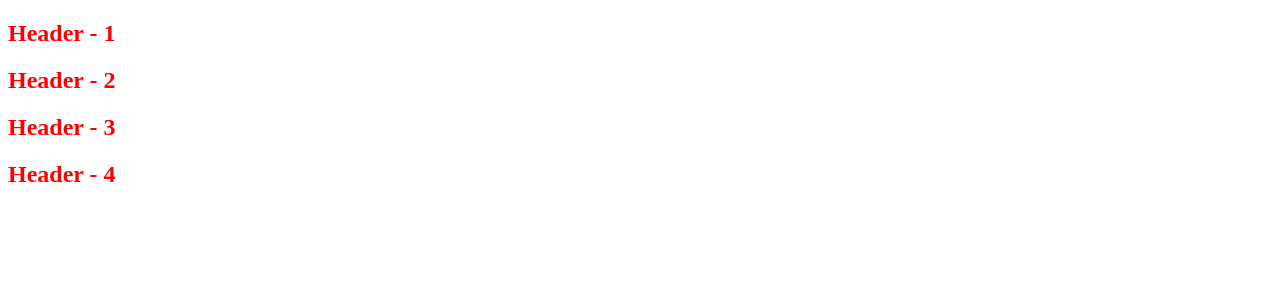
Repository: popconnect/jQuery
Page: http://localhost/jqueryEx01/jquery03.jsp
These files come from the project's save history. The page is drawn as it stood at one moment and after the next save; the edit follows.
The browser window is 1280 px wide. The pictures show the whole page.
The page is served by Tomcat 9.

Above is the page before, as saved 2023-05-15 05:55:24.

After the next save:
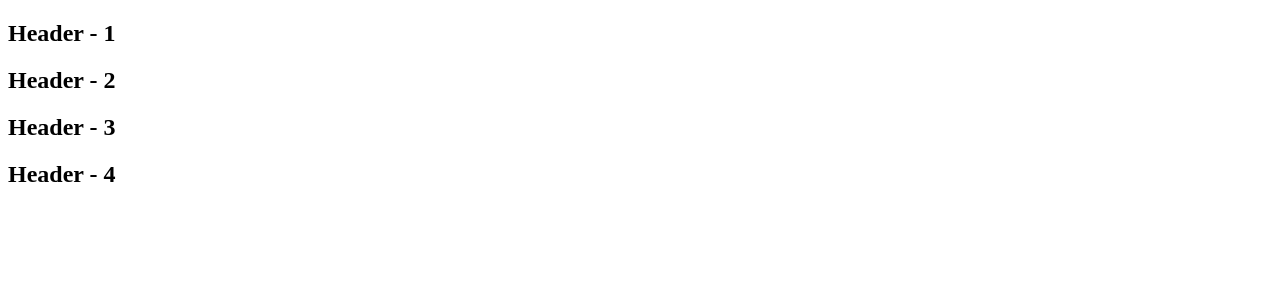
Console error: SyntaxError: missing ) after argument list
Saved 65 s later.
--- a/jqueryEx01/src/main/webapp/jquery03.jsp
+++ b/jqueryEx01/src/main/webapp/jquery03.jsp
@@ -13,7 +13,10 @@
 });
 
 $(document).ready(function() {
-	$("*").css('color', 'red');
+	//$("*").css('color', 'red');
+	$("*").css({
+		color: 'blue'
+	}});
 });
 </script>
 </head>

After the save that followed:
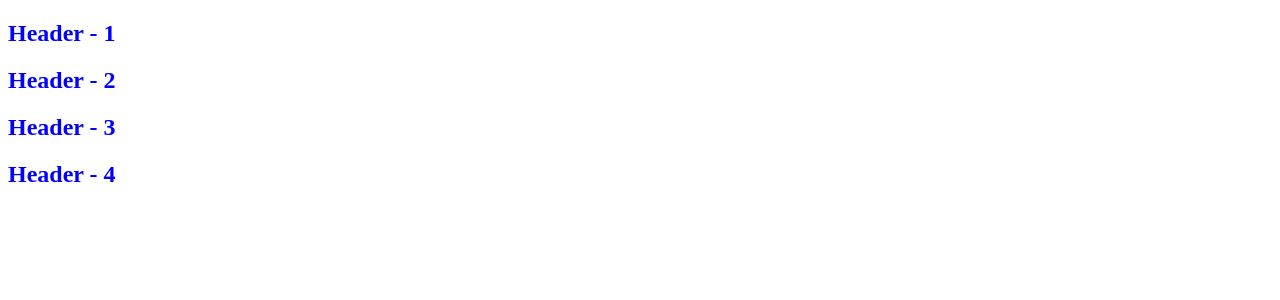
The error is gone.
Saved 18 s later.
--- a/jqueryEx01/src/main/webapp/jquery03.jsp
+++ b/jqueryEx01/src/main/webapp/jquery03.jsp
@@ -16,7 +16,7 @@
 	//$("*").css('color', 'red');
 	$("*").css({
 		color: 'blue'
-	}});
+	});
 });
 </script>
 </head>
